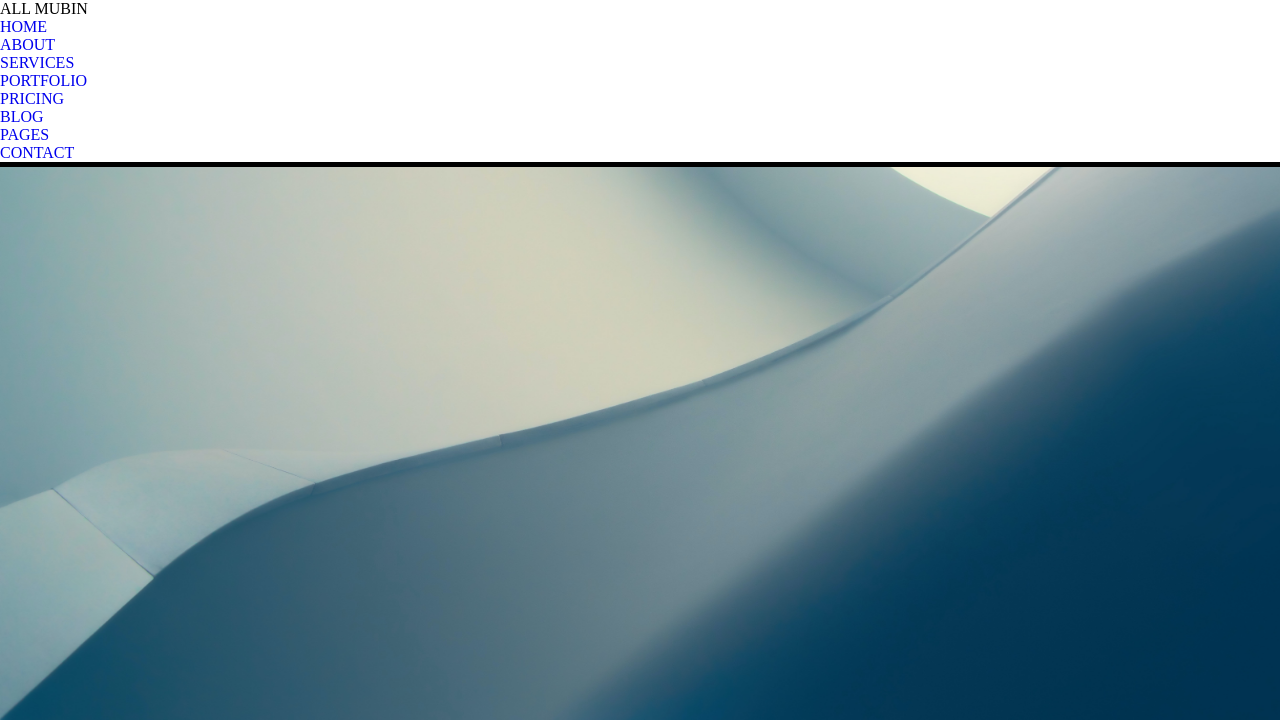
Repository: mdaj6804gmail/1-page-web-theme
Page: project 4/index.html
An editor plug-in stored every save of this project. The page is shown before and after the next save, followed by the edit.
The browser window is 1280 px wide. The pictures show the whole page.

Above is the page before, as saved 2022-12-18 19:55:00.

### project 4/index.html
<!DOCTYPE html>
<html lang="en">
<head>
    <meta charset="UTF-8">
    <meta http-equiv="X-UA-Compatible" content="IE=edge">
    <meta name="viewport" content="width=device-width, initial-scale=1.0">
    <link rel="stylesheet" href="style.css">
    <title>Document</title>
</head>
<body>
    <header>
        <div class="logo">All Mubin </div>
        <nav>
            <ul>
                <li><a href="#">home</a></li>
                <li><a href="#">about</a></li>
                <li><a href="#">services</a></li>
                <li><a href="#">portfolio</a></li>
                <li><a href="#">pricing</a></li>
                <li><a href="#">blog</a>
                    <!-- <ul>
                        <li><a href="#">Blog home</a></li>
                        <li><a href="#">Blog single</a></li>
                    </ul> -->
                </li>
                <li><a href="#">pages</a>
                     <!-- <ul>
                        <li><a href="#">Elements</a></li>
                        <li><a href="#">Level</a>
                        <ul>
                            <li><a href="#">item one</a></li>
                            <li><a href="#">item two</a></li>
                        </ul>
                        </li>
                     </ul> -->
                </li>
                <li><a href="#">contact</a></li>
            </ul>
        </nav>
    </header>

</body>
</html>

### project 4/style.css
*{
    padding: 0;
    margin: 0;
    box-sizing: border-box;
    text-decoration: none;
    list-style: none;
    text-transform: uppercase;
}

body{
    min-height: 100vh;
    background-image: url(pexels-johannes-plenio-1103970.jpg);
    background-attachment: fixed;
    background-position:center;
    background-repeat: no-repeat;
    background-size: 100% 100%;

}


header{
    position: fixed;
    top: 0;
    left: 0;
    right: 0;
    background: #FFF;
    box-shadow: 0 5px ;
}

After the next save:
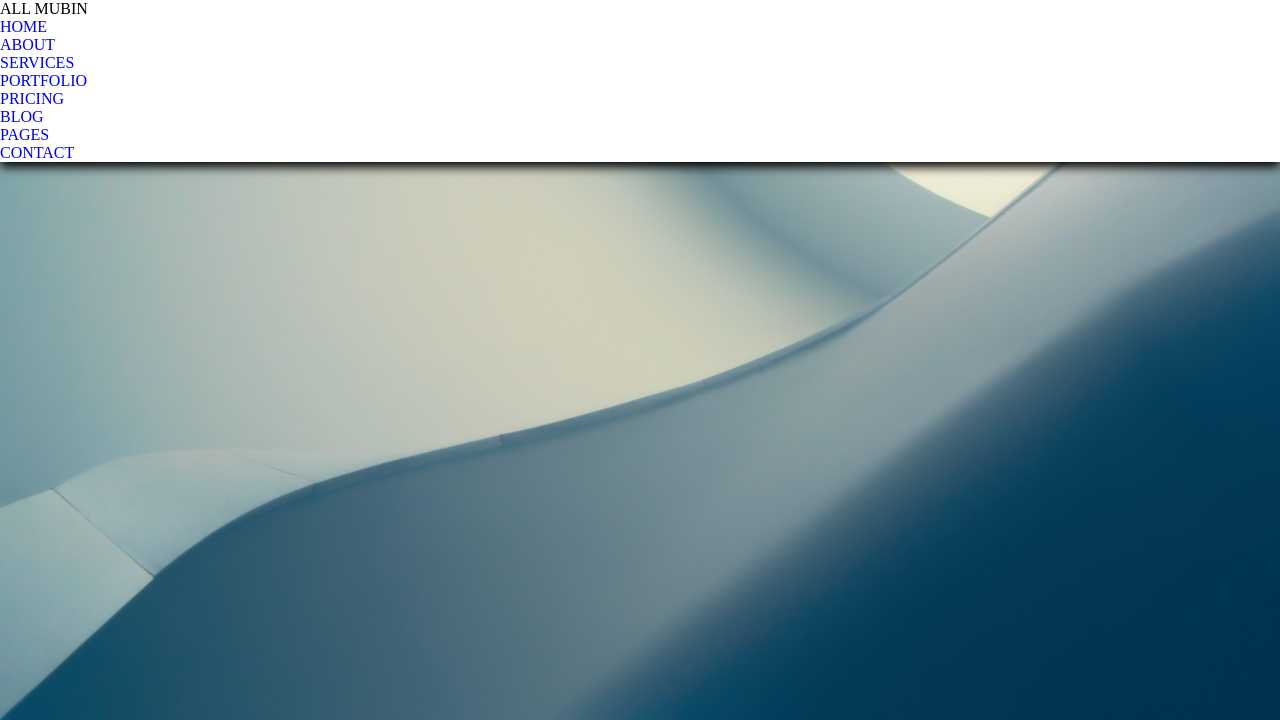
Saved 9 s later.
--- a/project 4/style.css
+++ b/project 4/style.css
@@ -24,5 +24,5 @@ header{
     left: 0;
     right: 0;
     background: #FFF;
-    box-shadow: 0 5px ;
+    box-shadow: 0 5px 10px ;
 }
